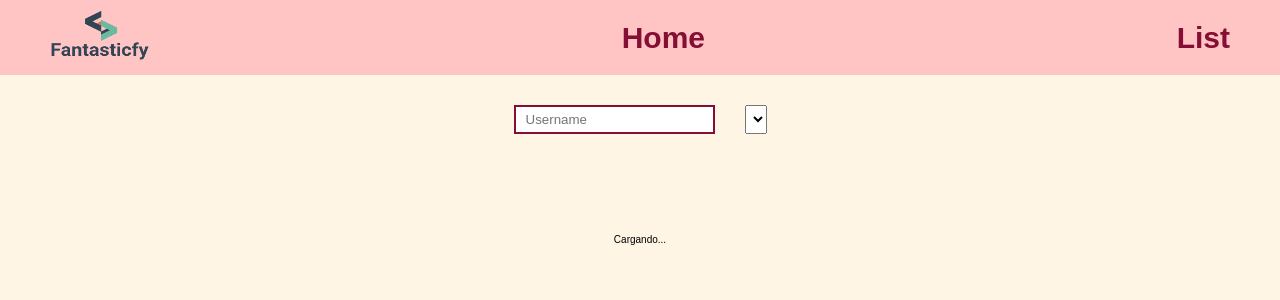
Repository: ChristianGecchelin/fullstack-react-node-fantasticfy
Page: /user-list (app in front/)
An editor plug-in stored every save of this project. The page is shown before and after the next save, followed by the edit.
The browser window is 1280 px wide. The pictures show the whole page.
The page's requests for data from a server got no answer. The project was rebuilt for these pictures with package versions that can differ from the ones it lists, and the page was loaded fresh each time. No one was signed in, and anything a server would have sent is missing. Also part of the build but not shown: front/src/Components/UserCard/index.css, front/src/Components/UserCard/index.jsx, front/src/Pages/UserProfile.jsx, front/src/App.css.

Above is the page before, as saved 2022-09-05 18:06:49.

After the next save:
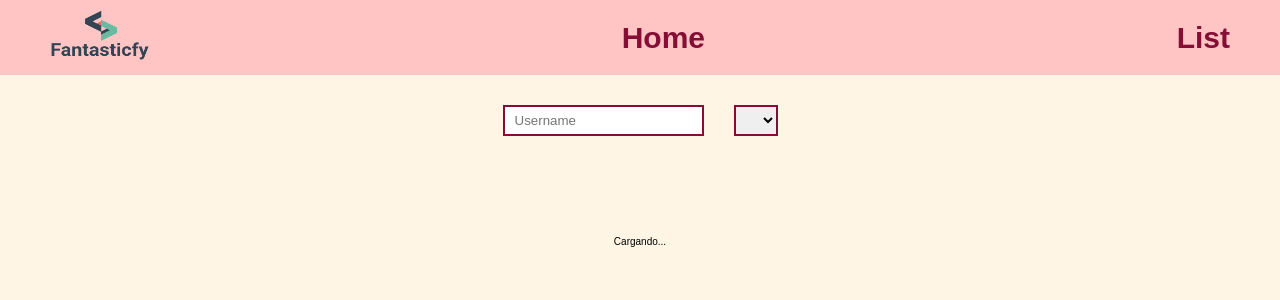
Saved 28 s later.
--- a/front/src/Pages/index.css
+++ b/front/src/Pages/index.css
@@ -15,7 +15,8 @@
     justify-content: center;
     margin-bottom: 50px;
 }
-.container--search-bar input{
+.container--search-bar input,
+.container--search-bar select{
     padding: 5px 10px;
     border:2px solid var(--fourth-color)
 }
